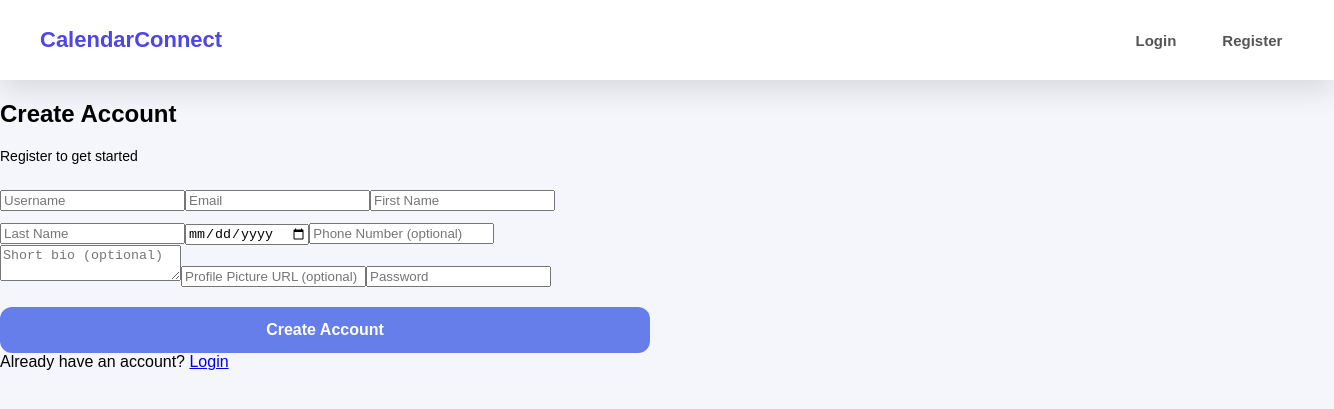
Repository: BMXracer44/CalendarConnect
Page: /register (app in frontend/)
These files come from the project's save history. The page is drawn as it stood at one moment and after the next save; the edit follows.
The browser window is 1280 px wide. The page is 1334 px wide, so the pictures cover 1334 px, including what lies to the right of the window. The pictures show the whole page.
The project was rebuilt for these pictures with package versions that can differ from the ones it lists, and the page was loaded fresh each time. Also part of the build but not shown: frontend/src/pages/Login.jsx, frontend/src/pages/Profile.jsx, frontend/src/pages/Calendar.jsx, frontend/src/pages/Friends.jsx.

Above is the page before, as saved 2026-04-26 08:51:01.

After the next save:
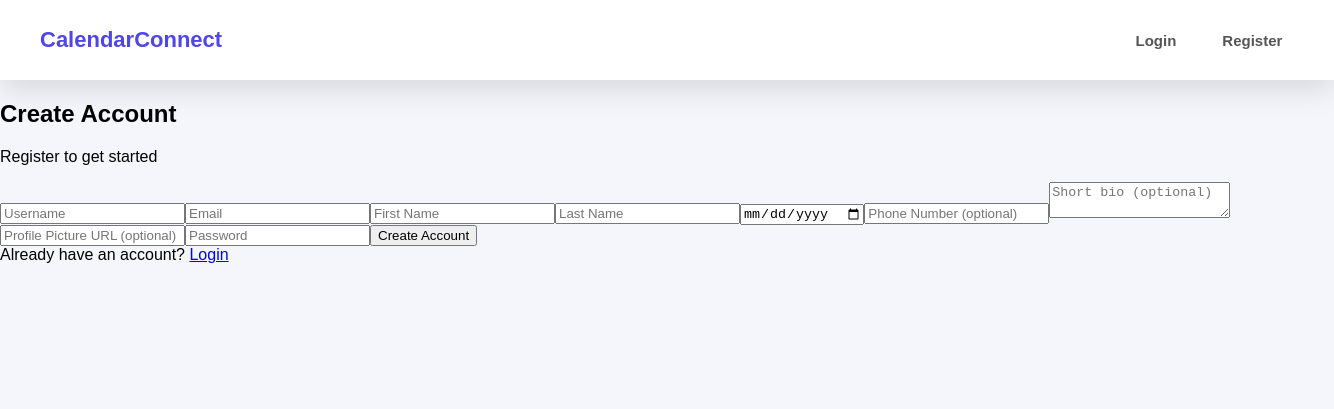
Saved 59 s later.
--- a/frontend/src/index.css
+++ b/frontend/src/index.css
@@ -391,81 +391,3 @@ body {
   transform: scale(0.98);
   box-shadow: 0 6px 14px rgba(102, 126, 234, 0.25);
 }
-
-/* =========================
-   PROFILE CARD EXTENSION
-   (builds on login-card)
-========================= */
-
-.register-card {
-  max-width: 650px; /* slightly wider than login */
-  text-align: left;
-}
-
-/* section divider */
-.register-card hr {
-  margin: 20px 0;
-  border: none;
-  border-top: 1px solid #eee;
-}
-
-/* profile preview box */
-.profile-preview {
-  background: #f4f6fb;
-  padding: 14px 16px;
-
-  border-radius: 12px;
-
-  font-size: 14px;
-  color: #333;
-
-  margin-top: 10px;
-}
-
-.profile-preview p {
-  margin: 6px 0;
-}
-
-/* section title inside card */
-.register-card h3 {
-  font-size: 18px;
-  margin-bottom: 10px;
-  color: #444;
-}
-
-/* inputs already inherit login styles, but tighten spacing */
-.register-card input {
-  margin-top: 12px;
-}
-
-/* success/error messages */
-.register-card p {
-  font-size: 14px;
-}
-
-/* optional: make update button consistent */
-.register-card button {
-  width: 100%;
-
-  padding: 14px;
-
-  margin-top: 20px;
-
-  background: #667eea !important;
-  color: white;
-
-  border: none;
-  border-radius: 12px;
-
-  font-size: 16px;
-  font-weight: bold;
-
-  cursor: pointer;
-
-  transition: 0.2s ease;
-}
-
-.register-card button:hover {
-  background: #5a67d8;
-  transform: translateY(-2px);
-}
